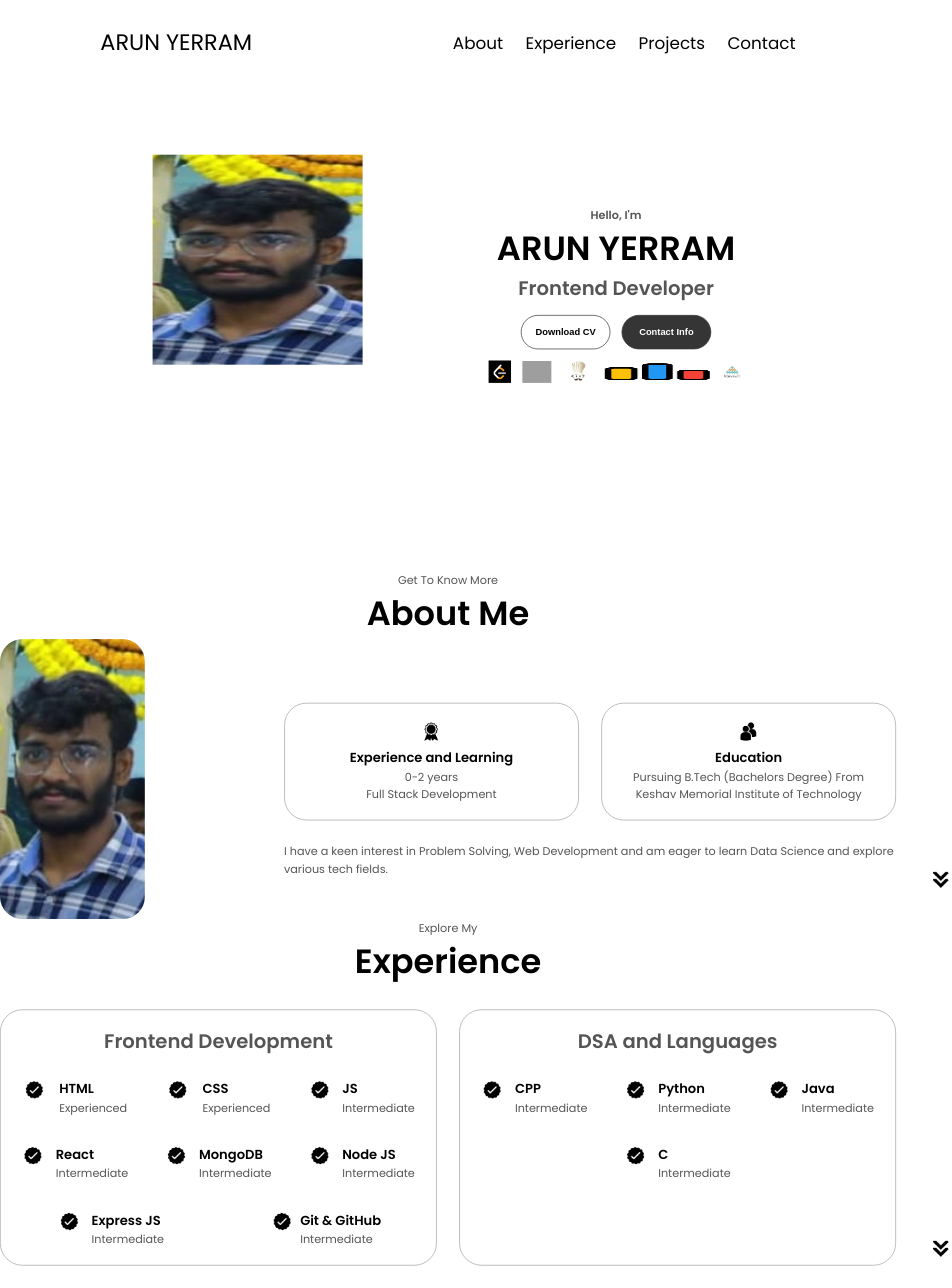
Repository: ARUN-YERRAM/ARUN-YERRAM-PORTFOLIO
Page: portfolio/index.html
An editor plug-in stored every save of this project. The page is shown before and after the next save, followed by the edit.
The browser window is 1280 px wide. The page is 1360 px wide, so the pictures cover 1360 px, including what lies to the right of the window. The pictures show the part of the page from y = 0 to 1840 px (the page is 3129 px tall), at 70% of full size.
Pictures or frames that could not be fetched are drawn as grey boxes.

Above is the page before, as saved 2024-07-07 04:42:37.

After the next save:
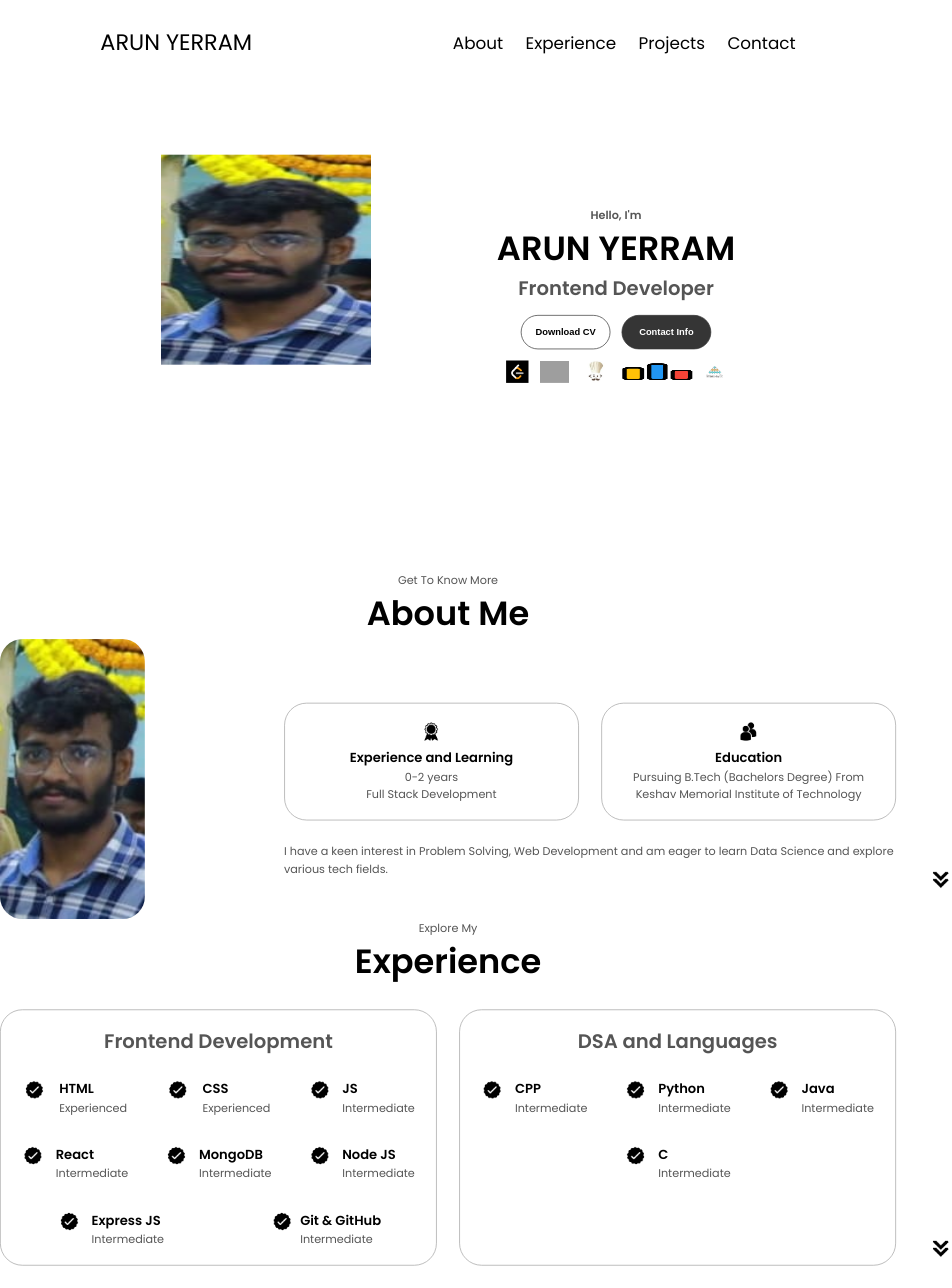
Saved 8 s later.
--- a/portfolio/index.html
+++ b/portfolio/index.html
@@ -52,7 +52,7 @@
         <img src="./assets/leetcode.png" alt="My Leetcode profile" class="icon" onclick="window.open('https://leetcode.com/u/arun_2005/', '_blank')" />
         <img src="./assets/GFG.jpeg" alt="My GFG profile" class="icon" onclick="window.open('https://www.geeksforgeeks.org/user/arunyerram/?utm_source=geeksforgeeks&utm_medium=my_profile&utm_campaign=auth_user', '_blank')" />
         <img src="./assets/CodeChef.jpeg" alt="My CodeChef profile" class="icon" onclick="window.open('https://www.codechef.com/users/yarun2k05', '_blank')" />
-        <img src="./assets/Codeforces.png" alt="My CodeForces profile" class="icon" width="150px"onclick="window.open('https://codeforces.com/profile/Arunyerram_12', '_blank')" />
+        <img src="./assets/Codeforces.png" alt="My CodeForces profile" class="icon" width="100px"onclick="window.open('https://codeforces.com/profile/Arunyerram_12', '_blank')" />
         <img src="./assets/IB.png" alt="My InterviewBit profile" class="icon" onclick="window.open('https://www.interviewbit.com/profile/yerram-arun/', '_blank')" />
       </div>
     </div>
